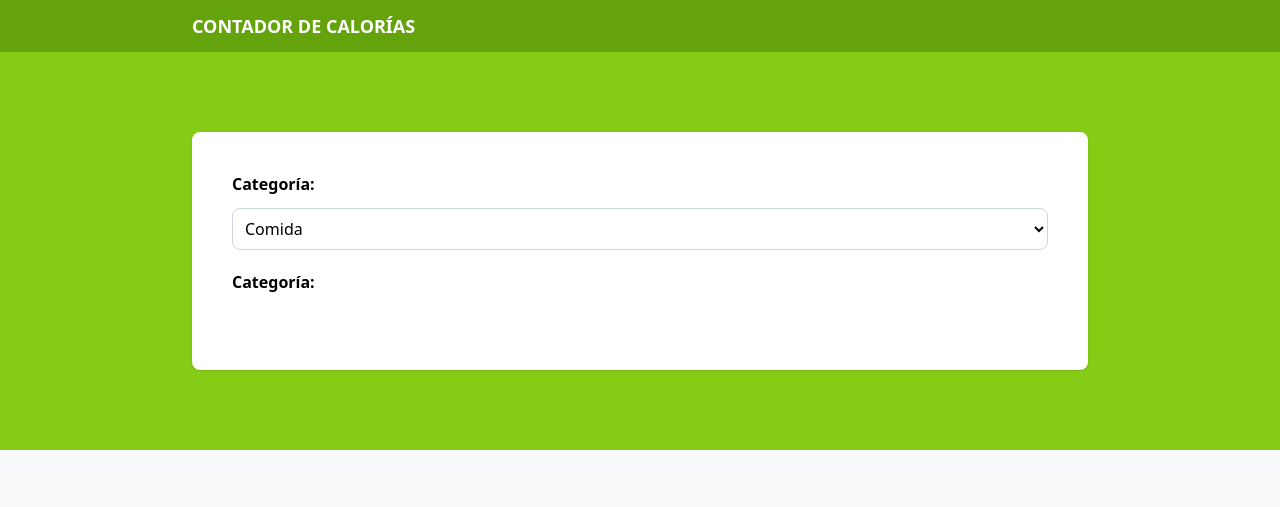
Repository: Samuel-Leal96/contador-calorias-react
Page: /
The author's editor kept a copy of each file at every save. The page is drawn from the files as they stood at one save, then again after the next save.
The browser window is 1280 px wide. The pictures show the whole page.
The project was rebuilt for these pictures with package versions that can differ from the ones it lists, and the page was loaded fresh each time. Also part of the build but not shown: vite.config.ts.

Above is the page before, as saved 2025-10-25 15:57:41.

After the next save:
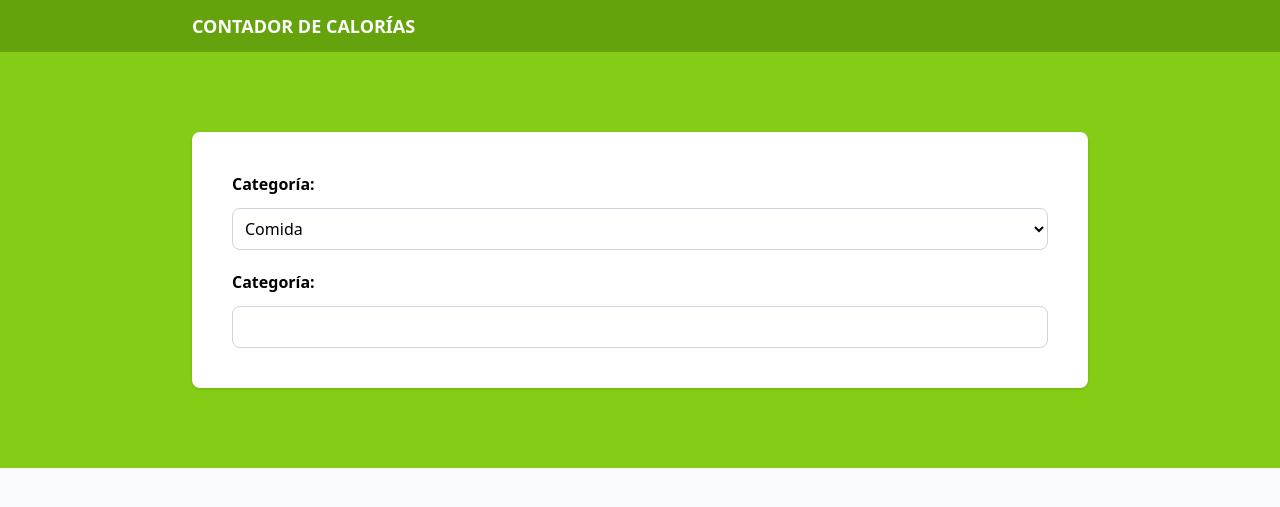
Saved 31 s later.
--- a/src/components/Form.tsx
+++ b/src/components/Form.tsx
@@ -33,6 +33,7 @@ export default function
           <input
             id="activity"
             type="text"
+            className="border border-slate-300 p-2 rounded-lg"
           >
           </input>
 
